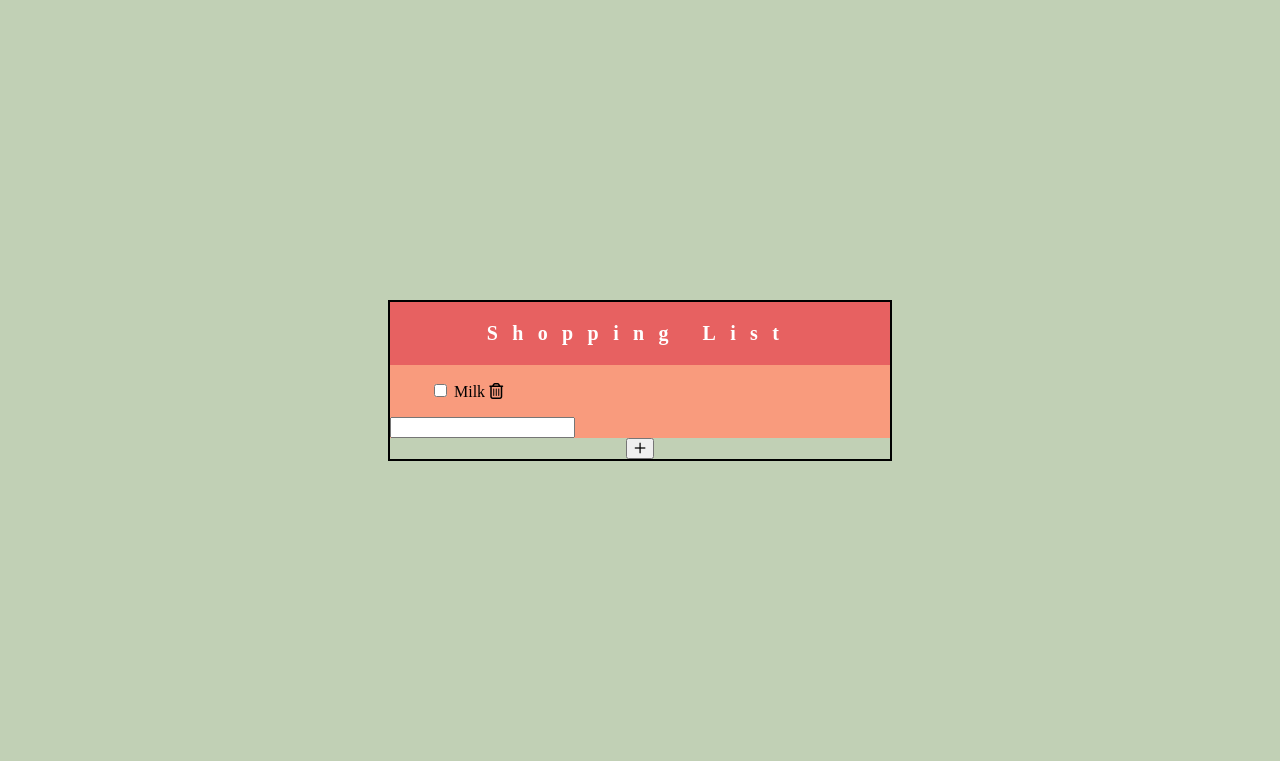
Repository: sephinejo/shopping-list-app
Page: index.html
An editor plug-in stored every save of this project. The page is shown before and after the next save, followed by the edit.
The browser window is 1280 px wide. The pictures show the whole page.
Some web fonts or font styles are not loaded; a fallback is used. Some web libraries are served in a nearby version.

Above is the page before, as saved 2023-05-11 18:32:50.

After the next save:
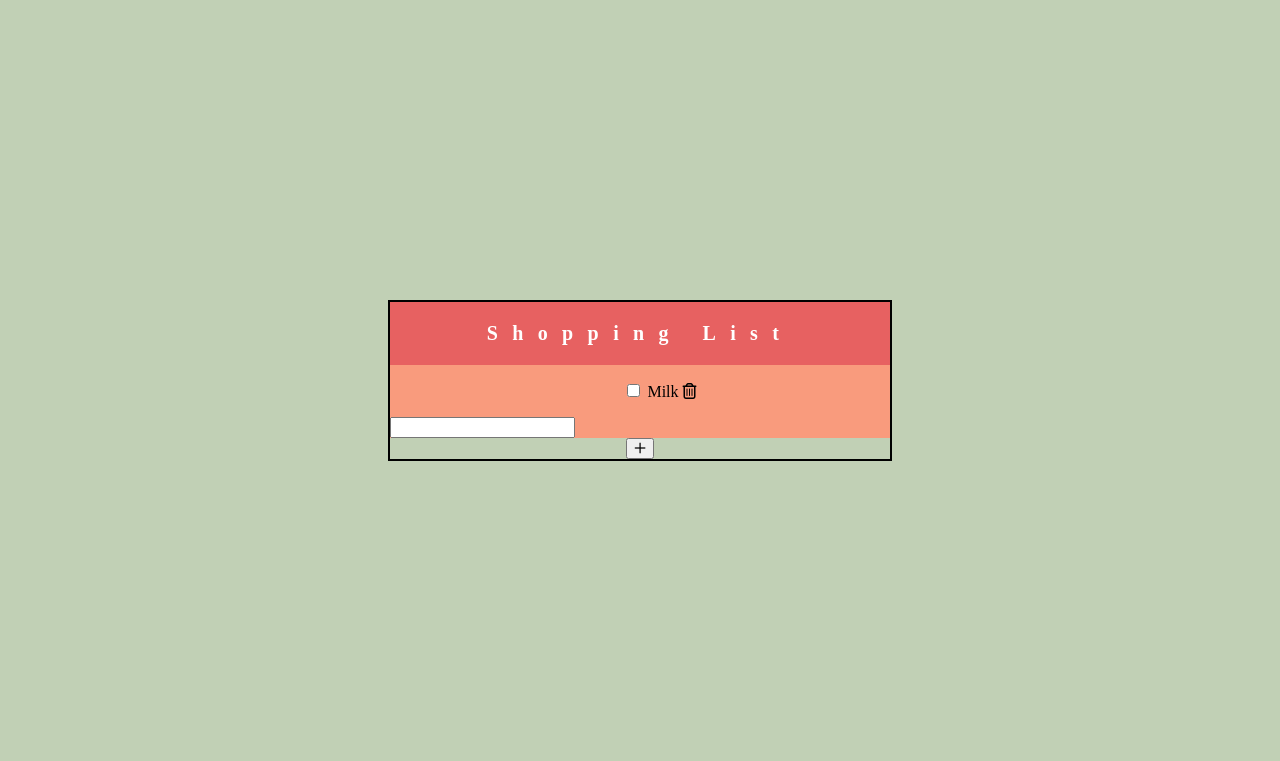
Saved 32 s later.
--- a/style.css
+++ b/style.css
@@ -32,7 +32,8 @@ main {
 
 ul {
   list-style: none;
-  justify-items: space-between;
+  display: flex;
+  justify-content: space-around;
 }
 
 .input {

After the save that followed:
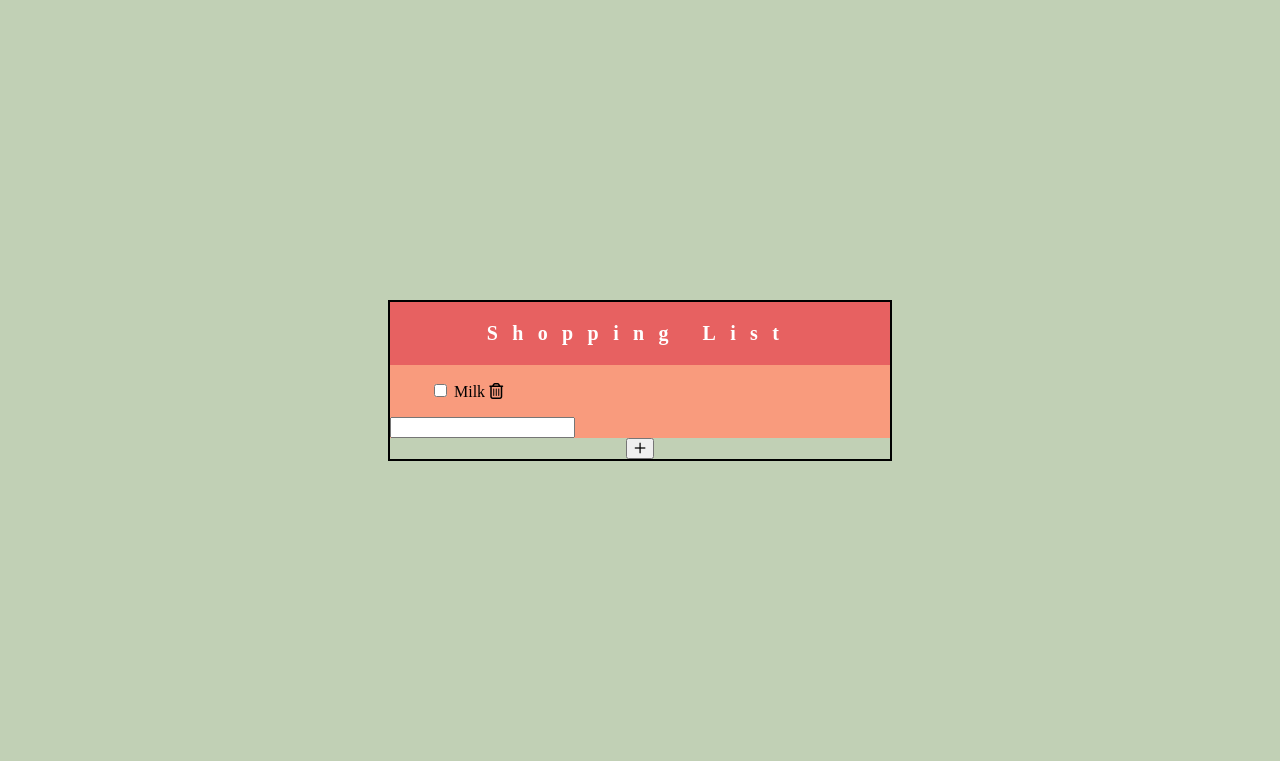
Saved 23 s later.
--- a/style.css
+++ b/style.css
@@ -30,10 +30,8 @@ main {
   flex-direction: column;
 }
 
-ul {
+li {
   list-style: none;
-  display: flex;
-  justify-content: space-around;
 }
 
 .input {
